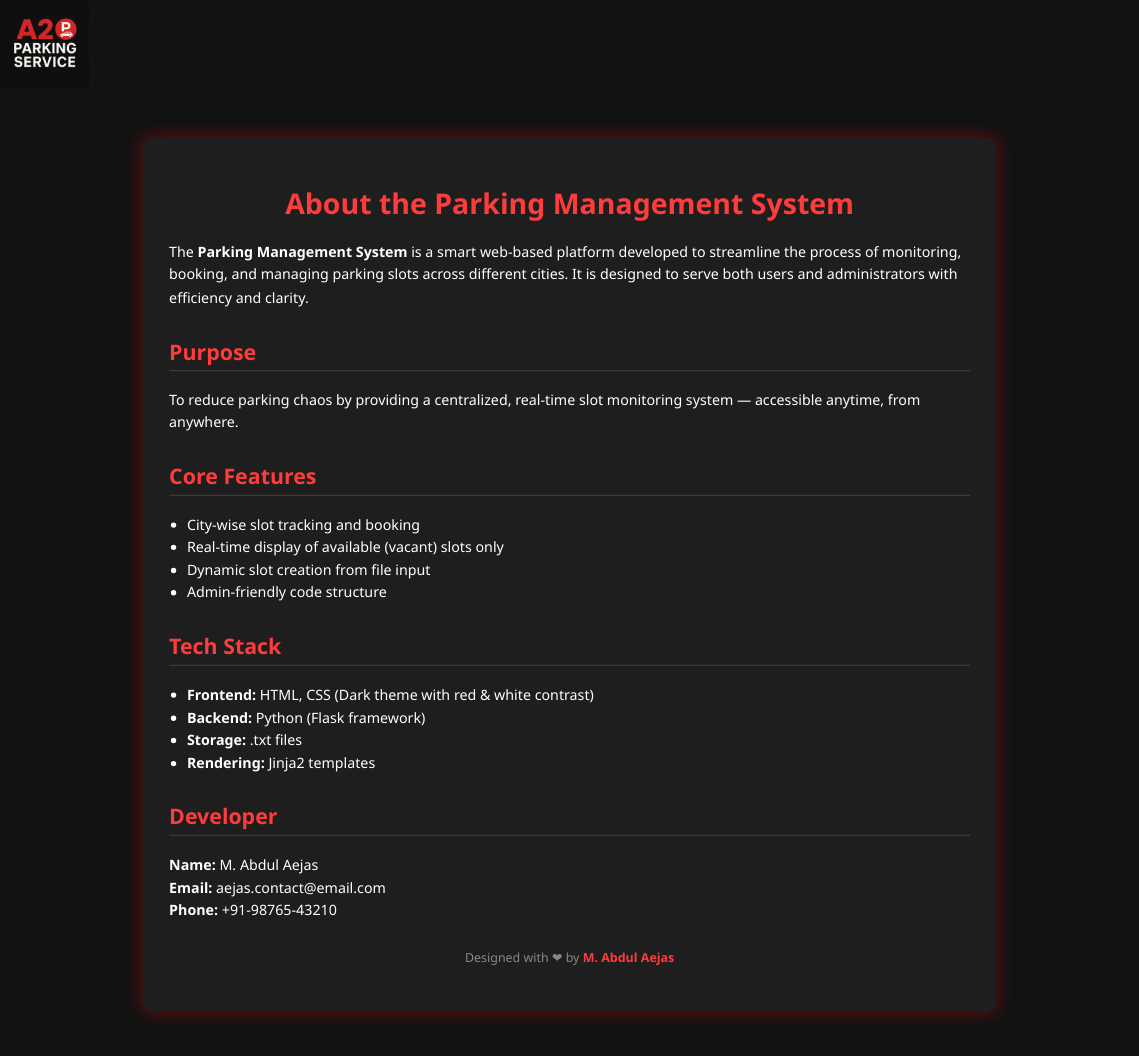
Repository: ABDULAEJAS/23f2005322-ds.study.iitm.ac.in
Page: http://localhost/about
These files come from the project's save history. The page is drawn as it stood at one moment and after the next save; the edit follows.
The browser window is 1280 px wide. The pictures show the whole page, at 89% of full size.
The page is served by the project's application, run on Flask 3 (app.py). The session is filled in as if someone had signed in: {"email": "test@example.com", "name": "Admin", "city": 1, "vehicle": 1, "slot": 1, "start": 1, "end": 1}.

Above is the page before, as saved 2025-07-14 21:42:41.

After the next save:
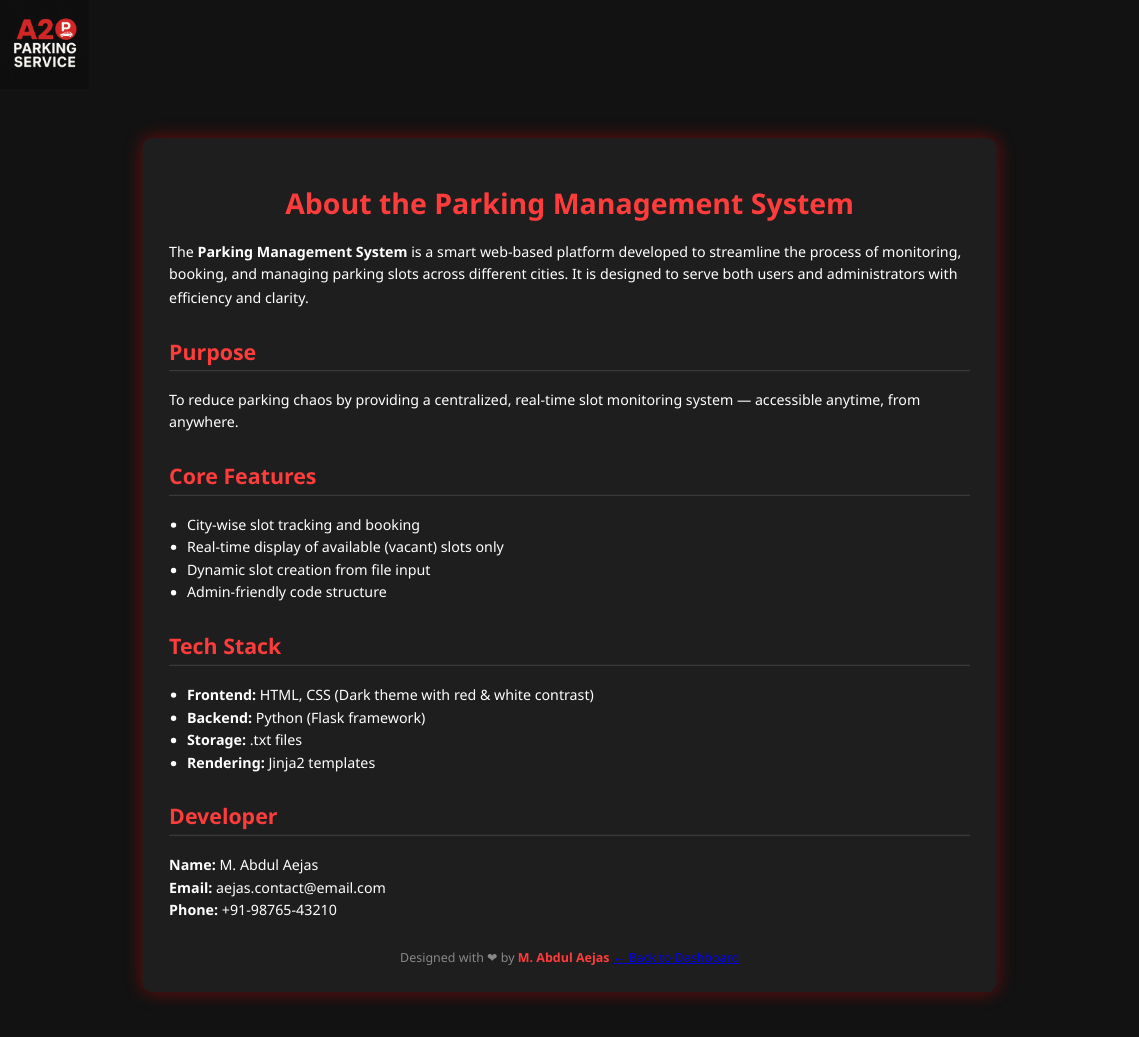
Saved 71 s later.
--- a/templates/about.html
+++ b/templates/about.html
@@ -86,8 +86,9 @@
     <div class="credit">
         Designed with ❤ by <strong>M. Abdul Aejas</strong>
 
-    </div>
-    <br>
+    <a href="/user">← Back to Dashboard</a>
+
+
 
 
 
